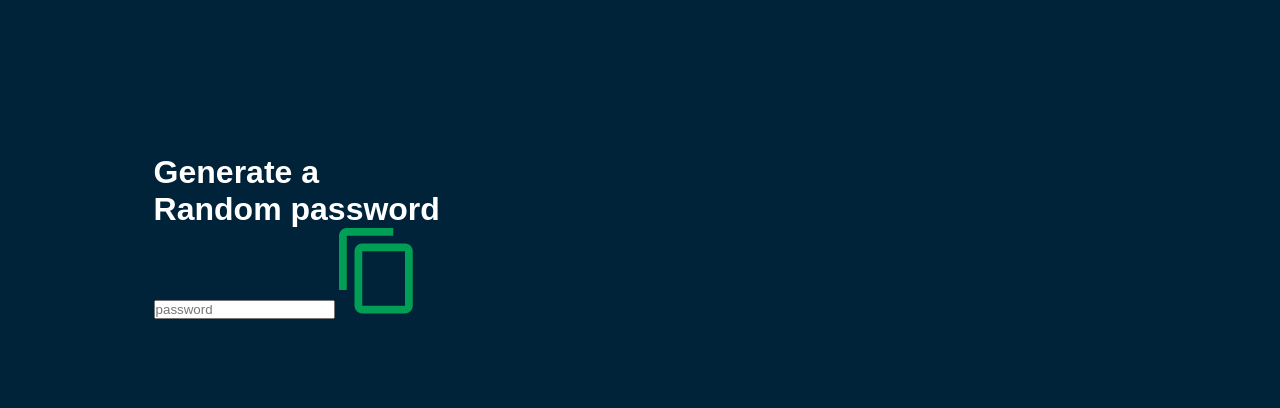
Repository: YAAMAR/password-generator
Page: Random password/index.html
The author's editor kept a copy of each file at every save. The page is drawn from the files as they stood at one save, then again after a run of saves.
The browser window is 1280 px wide. The pictures show the whole page.

Above is the page before, as saved 2024-05-02 18:56:33.

After the next 5 saves:
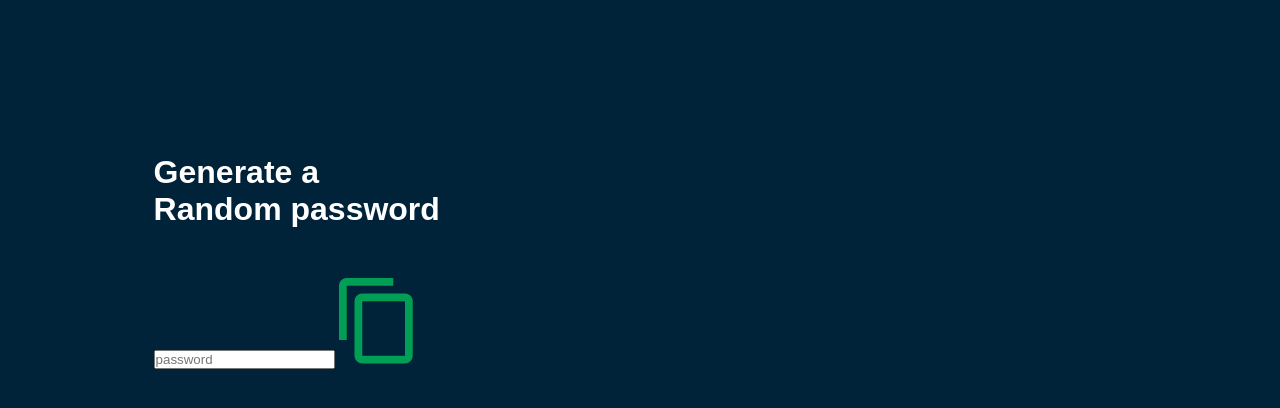
The 5 saves are shown as one change because they came seconds apart.
The last was saved 15 s later.
--- a/Random password/style.css
+++ b/Random password/style.css
@@ -15,5 +15,6 @@ body{
 }
 .display{
     width: 100%;
-    margin-top: ;
+    margin-top: 50px;
+    margin-bottom: ;
 }
